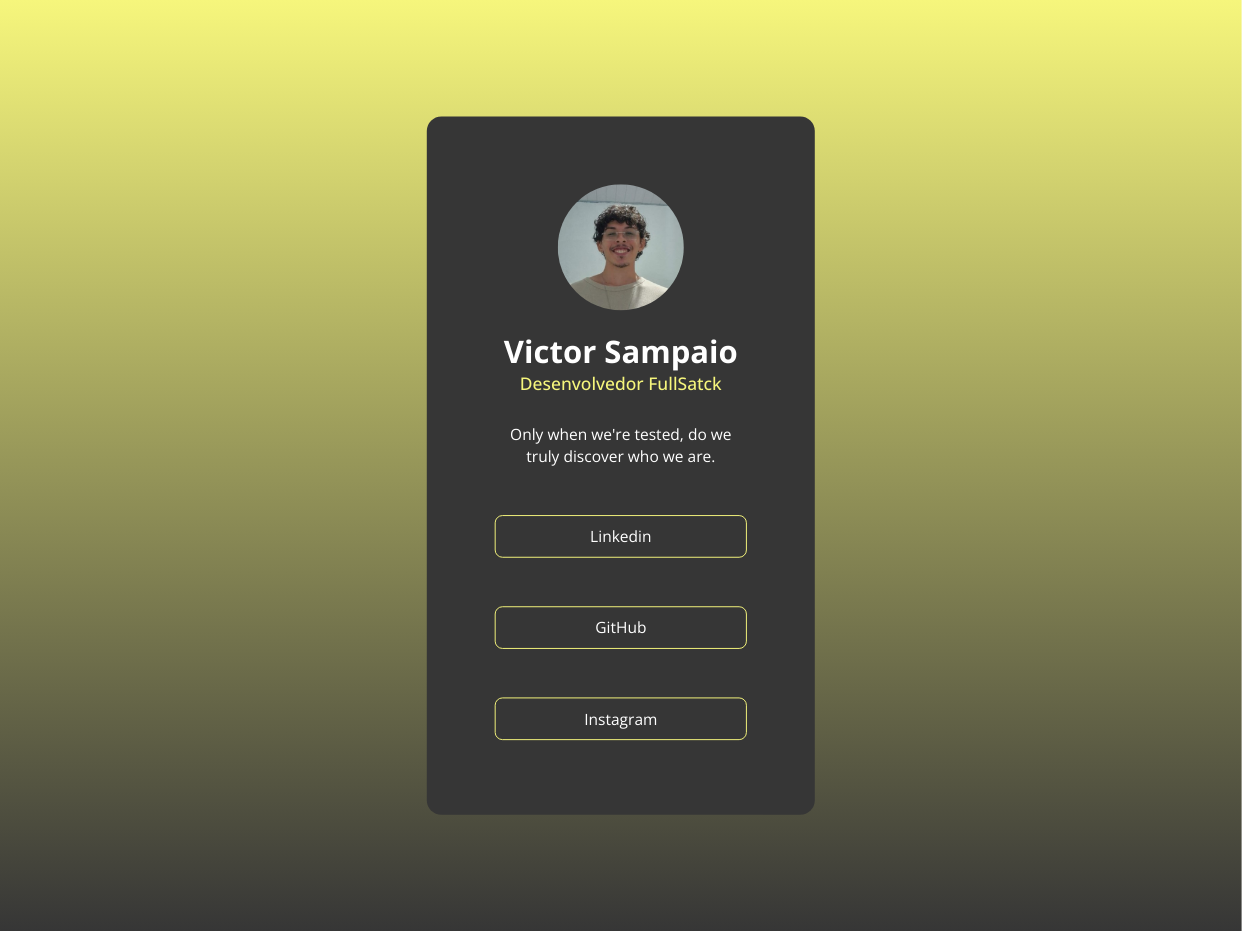
Repository: VictorSampaioDev/linkthree-gt9
Page: index.html
An editor plug-in stored every save of this project. The page is shown before and after the next save, followed by the edit.
The browser window is 1280 px wide. The pictures show the whole page, at 97% of full size.

Above is the page before, as saved 2025-04-11 10:11:35.

### index.html
<!DOCTYPE html>
<html lang="pt-br">
<head>
    <meta charset="UTF-8">
    <meta name="viewport" content="width=device-width, initial-scale=1.0">
    <title>linkthree JV</title>
    <link rel="stylesheet" href="style.css">
    <link rel="preconnect" href="https://fonts.googleapis.com">
    <link rel="preconnect" href="https://fonts.gstatic.com" crossorigin>
    <link href="https://fonts.googleapis.com/css2?family=Open+Sans:ital,wght@0,300..800;1,300..800&display=swap" rel="stylesheet">
</head>
<body>
    <div class="container-main">

        <div class="container-image">
            <img src="./assets/image-profile.jpeg" alt="Foto de Perfil">
        </div>

      <div class="container-infos">
        <h1>Victor Sampaio</h1>
        <h2>Desenvolvedor FullSatck</h2>
      </div>

      <div class="container-paragrafo">
        <p>
            Only when we're tested, do we truly discover who we are.
        </p>
      </div>

      <div class="container-social-links">
        <ul>
                <a href="https://www.linkedin.com/in/joao-victor-sampaio-30a556355/" target="_blank">
                    <li>Linkedin</li>
                </a>
            <li>
                <a href="https://github.com/VictorSampaioDev" target="_blank">
                    GitHub
                </a>
            </li>
            <li>
                <a href="https://www.instagram.com/jovetorr" target="_blank">
                    Instagram
                </a>
            </li>
        </ul>
    </div>
</body>
</html>

### style.css
* {
    font-family: "Open Sans", sans-serif;
    margin: 0;
    padding: 0;
    box-sizing: border-box;
}
body{
    background: linear-gradient(
        to bottom,
        rgb(246, 246, 124),
        rgb(54, 54, 54)
    );
}
.container-main{
    background-color: #363636;
    width: 400px;
    height: 720px;
    box-sizing: border-box;
    margin: 120px auto;
    padding: 70px;
    border-radius: 15px;
    text-align: center;
}
.container-image{

    & img{
       width: 130px;
       border-radius: 100%;
    }
}
.container-infos{
    margin-top: 15px;
    margin-bottom: 10px;
}
.container-infos h1{
    font-weight: 700;
    color: white;
}
.container-infos h2{
    font-weight: 500;
    font-size: 18px;
    color: rgb(246, 246, 124);
}
.container-paragrafo{
    margin-top: 30px;
    color: white;
}
.container-social-links ul {
    padding-bottom: 50%;
    margin-top: 50px;
    list-style-type: none;
}
.container-social-links li {
    margin-bottom: 5px;
    margin-top: 50px;
    border: 1px solid rgb(246, 246, 124);
    border-radius: 8px;
    padding: 10px;
    transition: background-color 0.3s;
  }
  .container-social-links li:hover{
    background-color: rgb(246, 246, 124)
  }

.container-social-links a {
    text-decoration: none;
    color: white;
    transition: color 0.3s;
}
.container-social-links a:hover {
    color: black;
  }

After the next save:
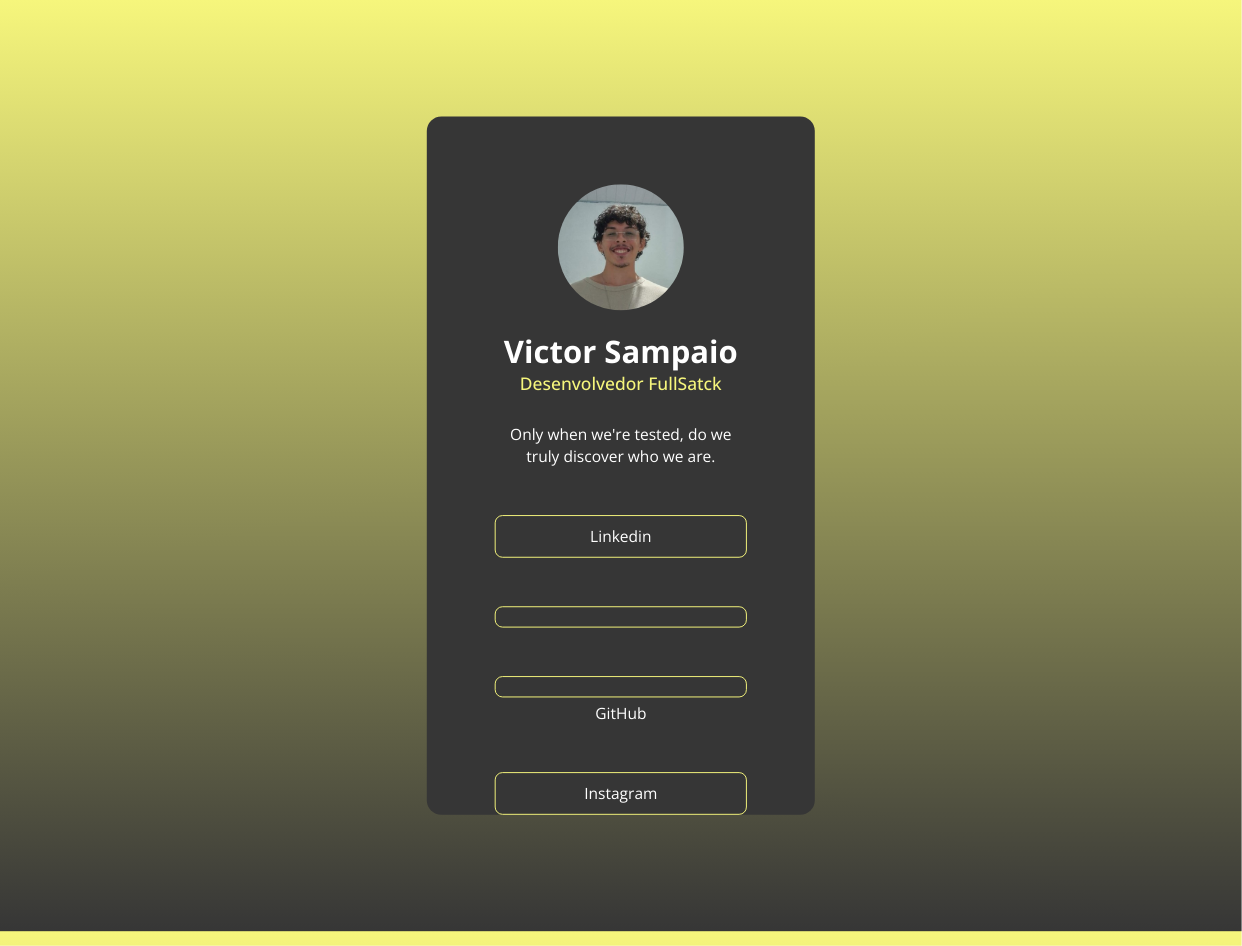
Saved 9 s later.
--- a/index.html
+++ b/index.html
@@ -34,7 +34,7 @@
                 </a>
             <li>
                 <a href="https://github.com/VictorSampaioDev" target="_blank">
-                    GitHub
+                   <li></li> GitHub
                 </a>
             </li>
             <li>
